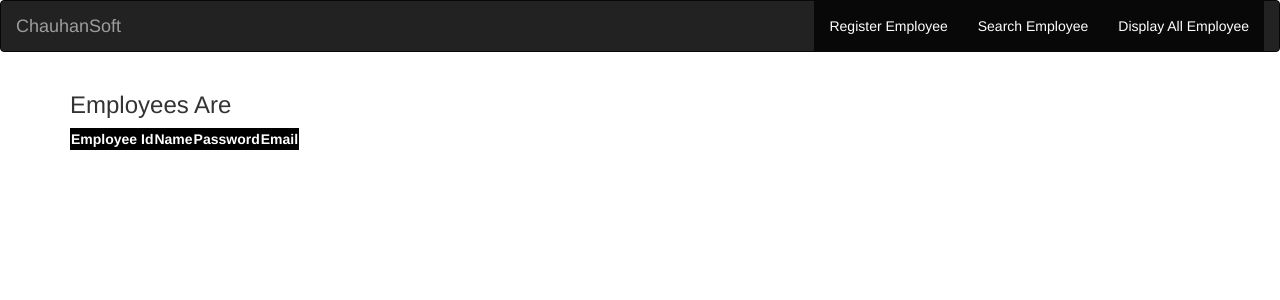
Repository: ErAdarshChauhan/Spring-Framework-5.0.0-Concepts
Page: http://localhost/sf-mvc-with-hibernate-crud-and-login-logout/WEB-INF/jsp/search.jsp
An editor plug-in stored every save of this project. The page is shown before and after the next save, followed by the edit.
The browser window is 1280 px wide. The pictures show the whole page.
The page is served by Tomcat 9. Nobody is signed in. Other server files are loaded and not shown. The template is opened directly, without the code that normally fills it, so the values that code supplies are empty.

Above is the page before, as saved 2020-06-22 12:52:39.

### Spring-MVC-Projects/sf-mvc-with-hibernate-crud-and-login-logout/src/main/webapp/WEB-INF/jsp/search.jsp
<%@ page language="java" contentType="text/html; charset=ISO-8859-1" isELIgnored="false"
    pageEncoding="ISO-8859-1"%>
<%@taglib uri="http://www.springframework.org/tags/form" prefix="form" %>
<%@taglib uri="http://java.sun.com/jsp/jstl/core" prefix="c" %>
<!DOCTYPE html>
<html lang="en">
<head>
  <title>Employees | ChauhanSoft</title>
  <meta charset="utf-8">
  <meta name="viewport" content="width=device-width, initial-scale=1">
  <link rel="stylesheet" href="https://maxcdn.bootstrapcdn.com/bootstrap/3.4.1/css/bootstrap.min.css">
  <script src="https://ajax.googleapis.com/ajax/libs/jquery/3.5.1/jquery.min.js"></script>
  <script src="https://maxcdn.bootstrapcdn.com/bootstrap/3.4.1/js/bootstrap.min.js"></script>
  <style type="text/css">
  	.navbar-align{
  		float: right;
  	}
  	table{
  			width: 1300px,
  			margin : auto;
  	}
  	table,th,td{
  		border: 1px solid black;
  		border-collapse: collapse;
  		text-align: center;
  	}
  	th{
  		background-color: black;
  		color:white;

  	}
  </style>
</head>
<body>

<nav class="navbar navbar-inverse">
  <div class="container-fluid">
    <div class="navbar-header">
      <a class="navbar-brand text-white" href="#">ChauhanSoft</a>
    </div>
    <ul class="nav navbar-nav navbar-align">
      <li class="active"><a href="register">Register Employee</a></li>
 	  <li class="active"><a href="normalSearch">Search Employee</a></li>
 	  <li class="active"><a href="displayEmployee">Display All Employee</a></li>
    </ul>
  </div>
</nav>


<div class="container">
  <h3>Employees Are</h3>

   <p>
   		<table>
		  <tr>
		    <th>Employee Id</th>
		    <th>Name</th>
		    <th>Password</th>
		    <th>Email</th>
		  </tr>
		  <c:forEach var="tab" items="${data}">
		  		<tr>
		    		<td>${tab.employeeId}</td>
		   			<td>${tab.employeeName}</td>
		   			<td>${tab.password}</td>
		   			<td>${tab.email}</td>
		 		 </tr>
		  </c:forEach>

		</table>
   </p>
   <p>${msg}</p>
</div>

</body>
</html>

After the next save:
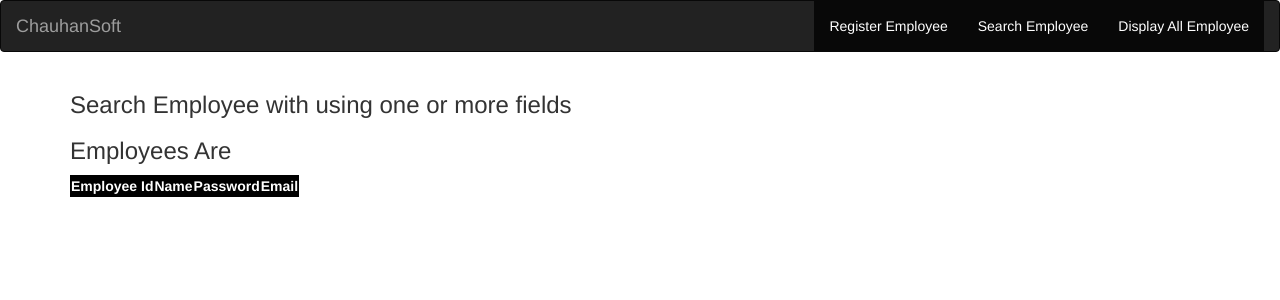
Saved 92 s later.
--- a/Spring-MVC-Projects/sf-mvc-with-hibernate-crud-and-login-logout/src/main/webapp/WEB-INF/jsp/search.jsp
+++ b/Spring-MVC-Projects/sf-mvc-with-hibernate-crud-and-login-logout/src/main/webapp/WEB-INF/jsp/search.jsp
@@ -48,6 +48,7 @@
 
 
 <div class="container">
+  <h3>Search Employee with using one or more fields</h3>
   <h3>Employees Are</h3>
 
    <p>
